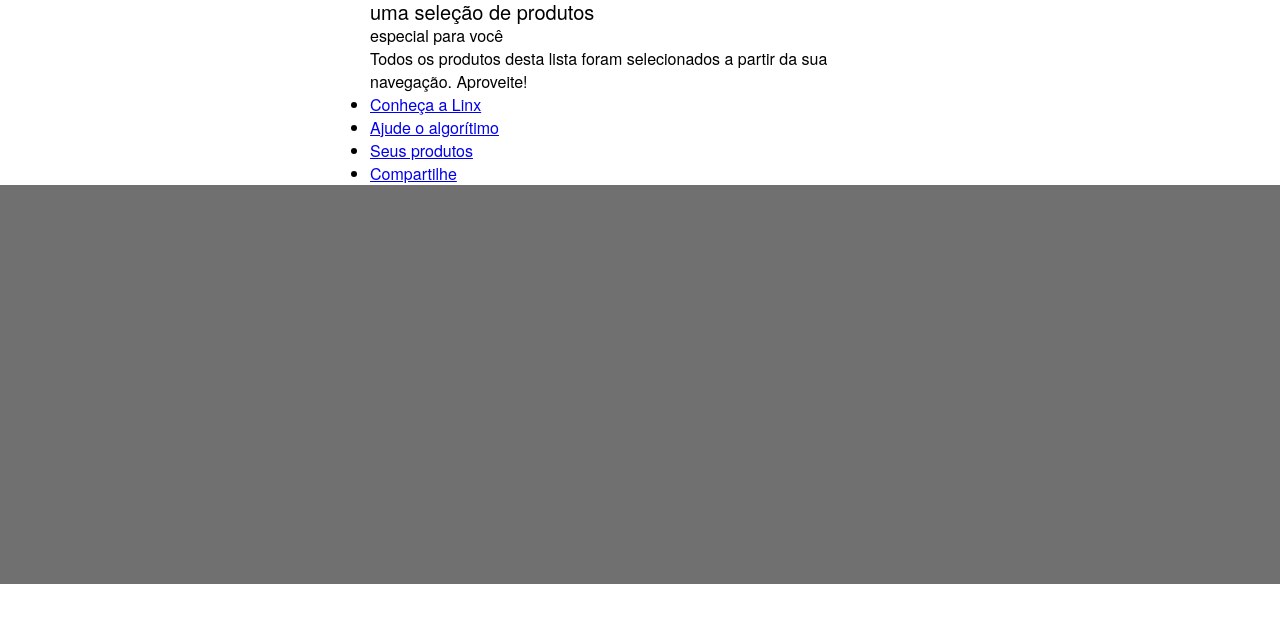
Repository: danielpellicano/front-end-developer-test-linx-2020
Page: index.html
The author's editor kept a copy of each file at every save. The page is drawn from the files as they stood at one save, then again after the next save.
The browser window is 1280 px wide. The pictures show the whole page.
Some web fonts or font styles are not loaded; a fallback is used.

Above is the page before, as saved 2020-09-01 12:06:21.

### index.html
<!DOCTYPE html>
<html lang="en">

<head>
    <meta charset="UTF-8">
    <meta name="viewport" content="width=device-width, initial-scale=1.0">
    <title>Linx Test Front End</title>
    <link rel="stylesheet" href="css/style.css">
    <link rel="stylesheet" href="css/responsive.css">
    <link rel="stylesheet" href="js/script.js">

</head>

<body>

    <!-- Header -->
    <header id="header">
        <div class="container">
            <h1>uma seleção de produtos</h1>
            <h2>especial para você</h2>
            <p>Todos os produtos desta lista foram selecionados a partir da sua navegação. Aproveite!</p>
            <!-- Main Menu -->
            <nav>
                <ul>
                    <li><a href="#">Conheça a Linx</a></li>
                    <li><a href="#">Ajude o algorítimo</a></li>
                    <li><a href="#">Seus produtos</a></li>
                    <li><a href="#">Compartilhe</a></li>
                </ul>
            </nav>
            <!-- .Main Menu -->
        </div>
    </header>
    <!-- .Header -->

</body>

</html>

### css/style.css
/* Import Fonts */

@font-face {
    font-family: 'Helvetica Neue';
    src: url('../fonts/HelveticaNeue.eot');
    src: url('../fonts/HelveticaNeue.eot?#iefix') format('embedded-opentype'), url('../fonts/HelveticaNeue.woff2') format('woff2'), url('../fonts/HelveticaNeue.woff') format('woff'), url('../fonts/HelveticaNeue.ttf') format('truetype');
    font-weight: normal;
    font-style: normal;
}

@font-face {
    font-family: 'Helvetica Neue Bold';
    src: url('../fonts/HelveticaNeue-Bold.eot');
    src: url('../fonts/HelveticaNeue-Bold.eot?#iefix') format('embedded-opentype'), url('../fonts/HelveticaNeue-Bold.woff2') format('woff2'), url('../fonts/HelveticaNeue-Bold.woff') format('woff'), url('../fonts/HelveticaNeue-Bold.ttf') format('truetype');
    font-weight: bold;
    font-style: normal;
}


/* css Reset */

html,
body,
div,
span,
iframe,
h1,
h2,
h3,
h4,
h5,
h6,
p,
blockquote,
pre,
a,
img,
strong,
b,
u,
i,
ul,
li,
fieldset,
form,
label,
legend,
table,
caption,
tbody,
tfoot,
thead,
tr,
th,
td,
article,
aside,
canvas,
details,
embed,
figure,
figcaption,
footer,
header,
hgroup,
menu,
nav,
output,
ruby,
section,
summary,
time,
mark,
audio,
video {
    margin: 0;
    padding: 0;
    border: 0;
    font-size: 100%;
    font: inherit;
    vertical-align: baseline;
}


/* CSS General */

body {
    font-family: 'Helvetica Neue';
}

.container {
    width: 100%;
    padding-right: 15px;
    padding-left: 15px;
    margin-right: auto;
    margin-left: auto;
}


/* Header */

#header {
    position: relative;
    max-height: 399px;
}

#header:after {
    content: '';
    background: #707070;
    width: 100%;
    height: 100%;
    position: absolute;
    height: 399px;
}

#header h1 {
    font-size: 20px;
    line-height: 24px;
    margin-bottom: 0;
}

### css/responsive.css
@media (min-width: 1200px) {
    .container {
        max-width: 1140px;
    }
}

@media (min-width: 992px) {
    .container {
        max-width: 960px;
    }
}

@media (min-width: 768px) {
    .container {
        max-width: 720px;
    }
}

@media (min-width: 576px) {
    .container {
        max-width: 540px;
    }
}

Loaded but not shown: js/script.js (no stored copy; drawn as an empty file)

After the next save:
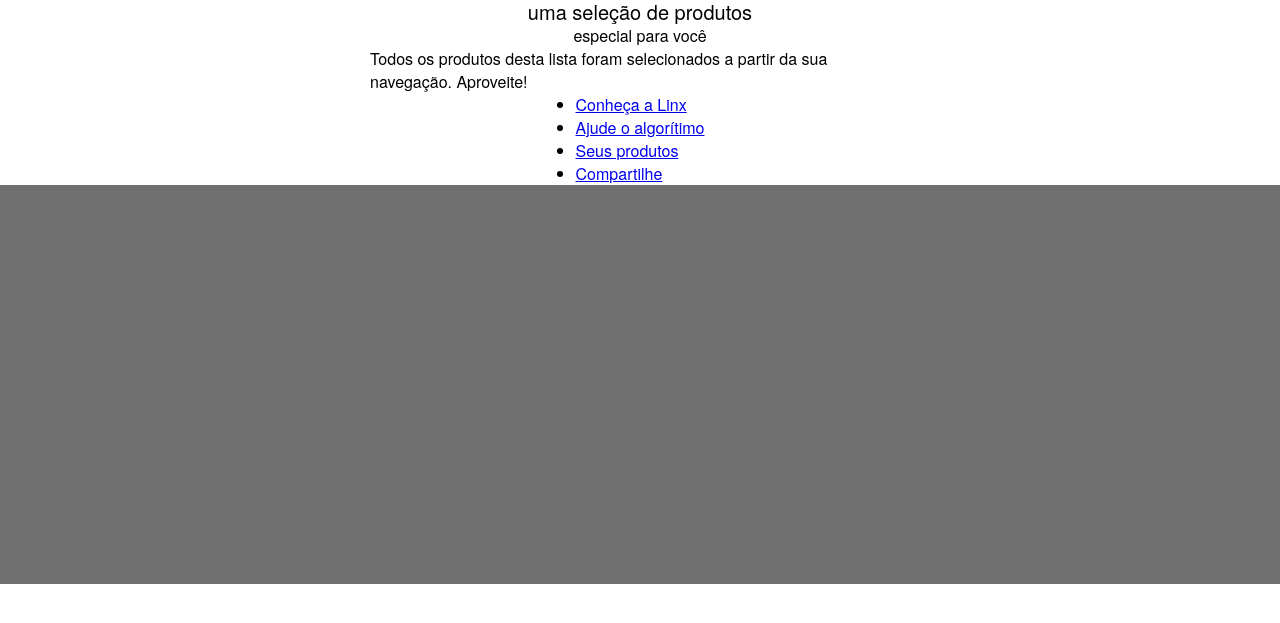
Saved 45 s later.
--- a/css/style.css
+++ b/css/style.css
@@ -113,6 +113,14 @@ body {
     height: 399px;
 }
 
+#header .container {
+    display: flex;
+    flex-direction: column;
+    align-items: center;
+    justify-content: center;
+    height: 100%;
+}
+
 #header h1 {
     font-size: 20px;
     line-height: 24px;
